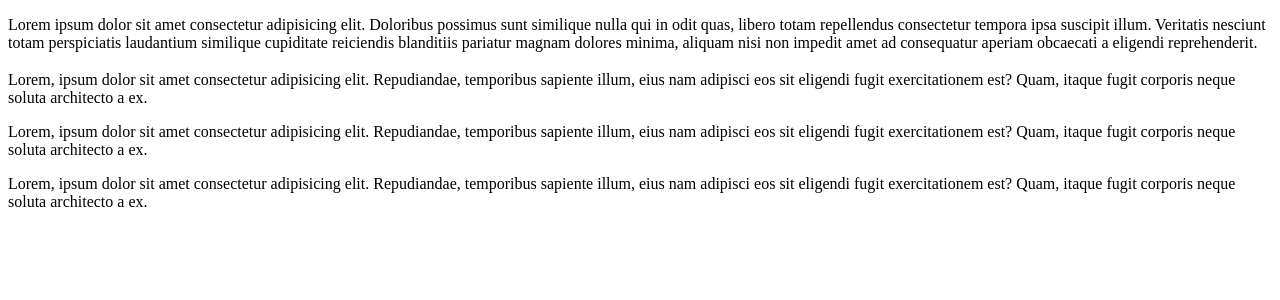
Repository: KikiMcArron/Don_Kiki_McArron
Page: index.html
The author's editor kept a copy of each file at every save. The page is drawn from the files as they stood at one save, then again after the next save.
The browser window is 1280 px wide. The pictures show the whole page.

Above is the page before, as saved 2022-04-08 12:47:24.

### index.html
<!DOCTYPE html>
<html lang="pl">

<head>
    <meta charset="UTF-8">
    <meta http-equiv="X-UA-Compatible" content="IE=edge">
    <meta name="viewport" content="width=device-width, initial-scale=1.0">
    <title>Document</title>
</head>

<body>
    <header>
        <nav></nav>
    </header>
    <main>
        <section class="last_entrie">
            <article>
                <p>Lorem ipsum dolor sit amet consectetur adipisicing elit. Doloribus possimus sunt similique nulla qui in odit quas, libero totam repellendus consectetur tempora ipsa suscipit illum. Veritatis nesciunt totam
                    perspiciatis laudantium similique cupiditate reiciendis blanditiis pariatur magnam dolores minima,
                    aliquam nisi non impedit amet ad consequatur aperiam obcaecati a eligendi reprehenderit.</p>

            </article>
        </section>
        <section class="prev_entries">
            <article>
                <h3></h3>
                <p>Lorem, ipsum dolor sit amet consectetur adipisicing elit. Repudiandae, temporibus sapiente illum,
                    eius nam adipisci eos sit eligendi fugit exercitationem est? Quam, itaque fugit corporis neque
                    soluta architecto a ex.</p>
            </article>
            <article>
                <p>Lorem, ipsum dolor sit amet consectetur adipisicing elit. Repudiandae, temporibus sapiente illum,
                    eius nam adipisci eos sit eligendi fugit exercitationem est? Quam, itaque fugit corporis neque
                    soluta architecto a ex.</p>
            </article>
            <article>
                <p>Lorem, ipsum dolor sit amet consectetur adipisicing elit. Repudiandae, temporibus sapiente illum,
                    eius nam adipisci eos sit eligendi fugit exercitationem est? Quam, itaque fugit corporis neque
                    soluta architecto a ex.</p>
            </article>
        </section>
        <section class="hitory_entries"></section>
    </main>
    <aside class="notes"></aside>
    <aside class="projects"></aside>
    <footer></footer>
</body>

</html>

After the next save:
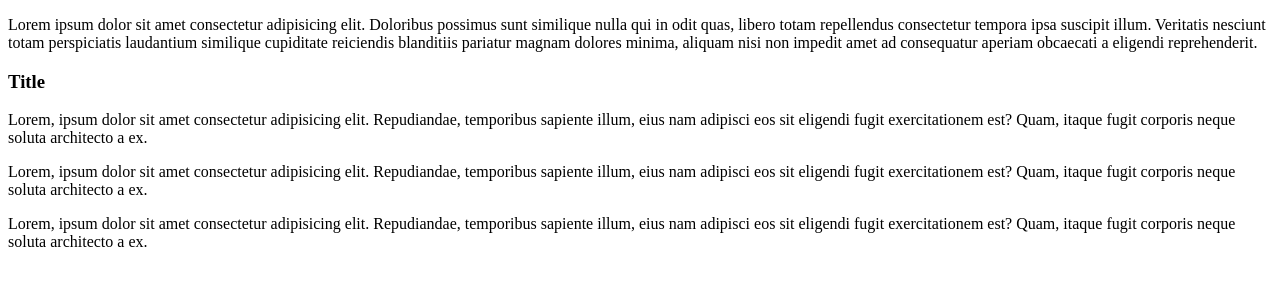
Saved 6 s later.
--- a/index.html
+++ b/index.html
@@ -23,7 +23,7 @@
         </section>
         <section class="prev_entries">
             <article>
-                <h3></h3>
+                <h3>Title </h3>
                 <p>Lorem, ipsum dolor sit amet consectetur adipisicing elit. Repudiandae, temporibus sapiente illum,
                     eius nam adipisci eos sit eligendi fugit exercitationem est? Quam, itaque fugit corporis neque
                     soluta architecto a ex.</p>
